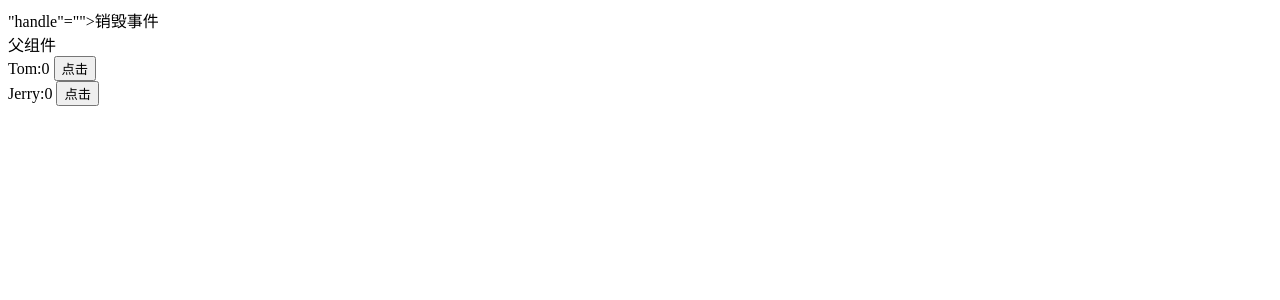
Repository: chenguocan/Vue_component
Page: 非父组件间的传值.html
An editor plug-in stored every save of this project. The page is shown before and after the next save, followed by the edit.
The browser window is 1280 px wide. The pictures show the whole page.

Above is the page before, as saved 2020-07-23 16:37:58.

After the next save:
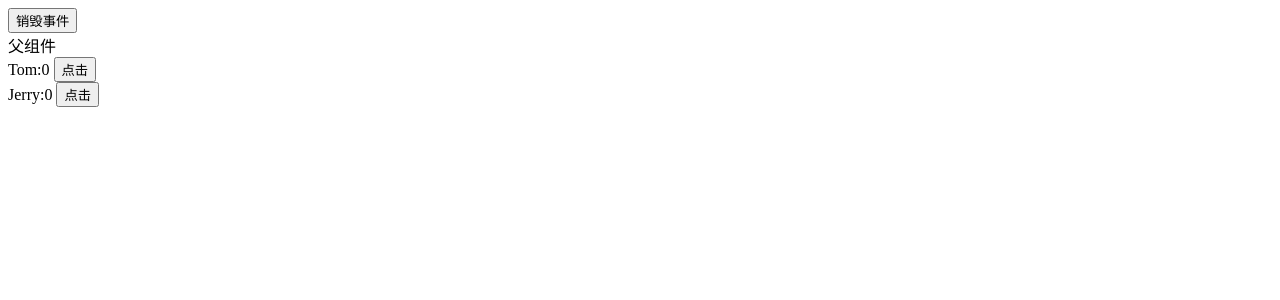
Saved 31 s later.
--- a/非父组件间的传值.html
+++ b/非父组件间的传值.html
@@ -7,9 +7,9 @@
   </head>
   <body>
     <div id="app">
-        <div>
-            <button @click:"handle">销毁事件</button>
-        </div>
+      <div>
+        <button v-on:click="handle">销毁事件</button>
+      </div>
       <div>{{parent}}</div>
       <hello-tom></hello-tom>
       <hello-jerry></hello-jerry>
@@ -72,10 +72,9 @@
         parent: "父组件",
       },
       methods: {
-          handle:function(){
-              eventHub.$off("hello-tom"),
-              eventHub.$off("hello-jerry")
-          }
+        handle: function () {
+          eventHub.$off("hello-tom"), eventHub.$off("hello-jerry");
+        },
       },
     });
   </script>
